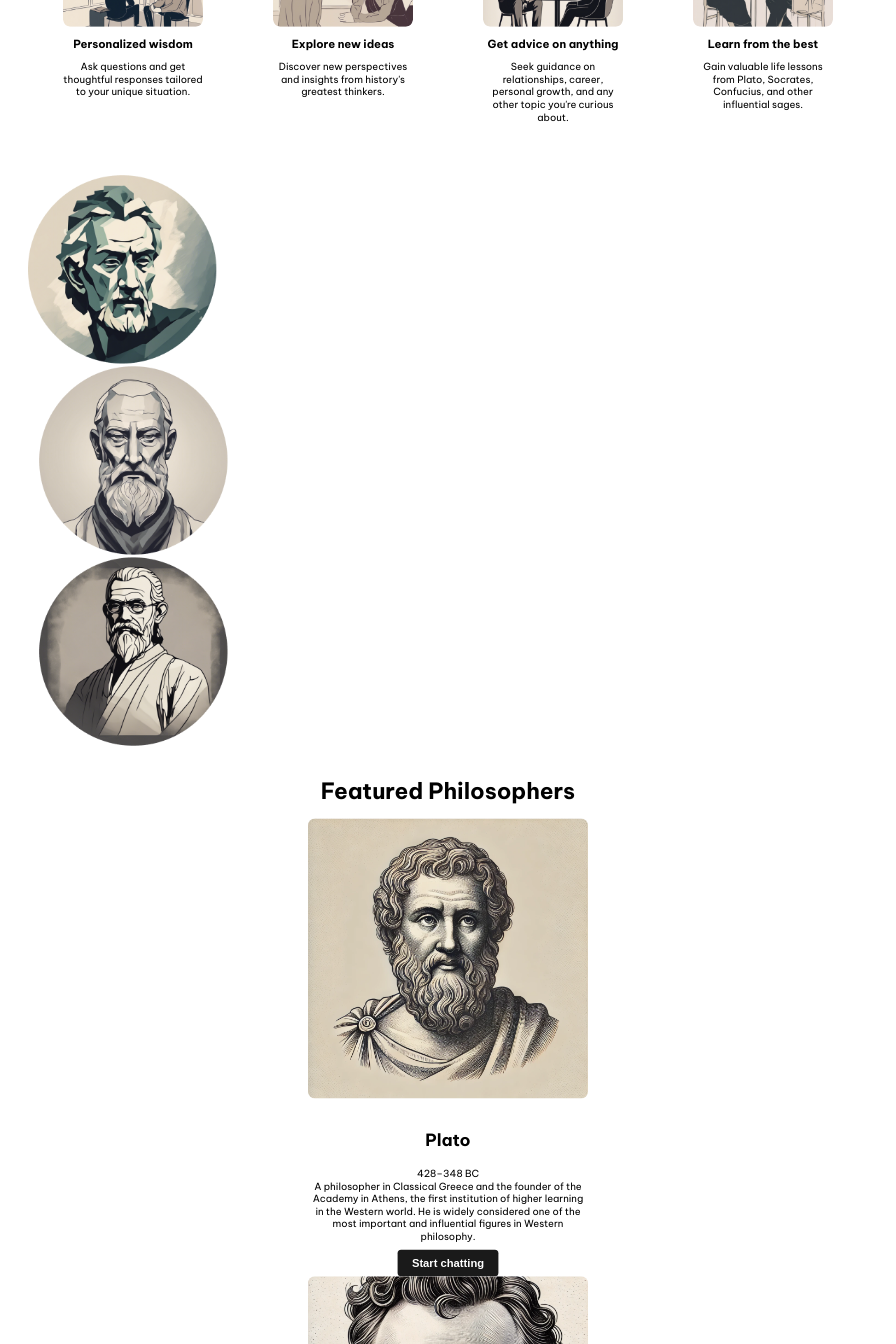
Repository: HSfac/EthosMindWeb
Page: /saintschat
These files come from the project's save history. The page is drawn as it stood at one moment and after the next save; the edit follows.
The browser window is 1280 px wide. The pictures show the part of the page from y = 586 to 2506 px (the page is 3741 px tall before and 2570 px after), at 70% of full size.
The project was rebuilt for these pictures with package versions that can differ from the ones it lists, and the page was loaded fresh each time. Also part of the build but not shown: src/pages/Home.jsx.

Above is the page before, as saved 2024-07-18 16:47:45.

### src/index.css
@import url('https://fonts.googleapis.com/css2?display=swap&family=Be+Vietnam+Pro:wght@400;500;700;900&family=Noto+Sans:wght@400;500;700;900');

body {
  font-family: "Be Vietnam Pro", "Noto Sans", sans-serif;
  margin: 0;
  padding: 0;
  box-sizing: border-box;
}

### src/App.jsx
import React from 'react';
import { BrowserRouter as Router, Route, Routes } from 'react-router-dom';
import Home from './pages/Home.jsx';
import SaintsChat from './pages/SaintsChat.jsx';
import Header from './components/Header.jsx';

function App() {
  return (
    <Router>
      <Header />
      <Routes>
        <Route path="/" element={<Home />} />
        <Route path="/saintschat" element={<SaintsChat />} />
      </Routes>
    </Router>
  );
}

export default App;

### src/pages/SaintsChat.jsx
import React from 'react';
import './SaintsChat.css';
import heroImage from '../assets/images/hero-image.png';
import philosopher1 from '../assets/images/philosopher1.png';
import philosopher2 from '../assets/images/philosopher2.png';
import philosopher3 from '../assets/images/philosopher3.png';
import philosopher4 from '../assets/images/philosopher4.png';
import philosopher5 from '../assets/images/philosopher5.png';
import philosopher6 from '../assets/images/philosopher6.png';
import philosopher7 from '../assets/images/philosopher7.png';
import plato from '../assets/images/plato.png';
import nietzsche from '../assets/images/nietzsche.png';
import schopenhauer from '../assets/images/schopenhauer.png';

function SaintsChat() {
  return (
    <main className="main">
      <section className="hero" style={{ backgroundImage: `url(${heroImage})` }}>
        <div className="hero-content">
          <h1 className="hero-title">Talk to Philosophers</h1>
          <p className="hero-subtitle">Unlock wisdom from history's greatest thinkers. Explore their ideas and get personalized advice on life, love, happiness, and more.</p>
          <button className="hero-button">Get started</button>
        </div>
      </section>
      <section className="how-it-works">
        <h2 className="section-title">How it works</h2>
        <div className="work-steps">
          <div className="work-step">
            <img src={philosopher1} alt="Personalized wisdom" className="work-step-image" />
            <p className="work-step-title">Personalized wisdom</p>
            <p className="work-step-description">Ask questions and get thoughtful responses tailored to your unique situation.</p>
          </div>
          <div className="work-step">
            <img src={philosopher2} alt="Explore new ideas" className="work-step-image" />
            <p className="work-step-title">Explore new ideas</p>
            <p className="work-step-description">Discover new perspectives and insights from history's greatest thinkers.</p>
          </div>
          <div className="work-step">
            <img src={philosopher3} alt="Get advice on anything" className="work-step-image" />
            <p className="work-step-title">Get advice on anything</p>
            <p className="work-step-description">Seek guidance on relationships, career, personal growth, and any other topic you're curious about.</p>
          </div>
          <div className="work-step">
            <img src={philosopher4} alt="Learn from the best" className="work-step-image" />
            <p className="work-step-title">Learn from the best</p>
            <p className="work-step-description">Gain valuable life lessons from Plato, Socrates, Confucius, and other influential sages.</p>
          </div>
        </div>
      </section>
      <section className="additional-philosophers">
        <div className="additional-philosopher-card">
          <img src={philosopher5} alt="Philosopher 5" className="additional-philosopher-image"/>
        </div>
        <div className="additional-philosopher-card">
          <img src={philosopher6} alt="Philosopher 6" className="additional-philosopher-image"/>
        </div>
        <div className="additional-philosopher-card">
          <img src={philosopher7} alt="Philosopher 7" className="additional-philosopher-image"/>
        </div>
      </section>
      <section className="featured-philosophers">
        <h2 className="section-title">Featured Philosophers</h2>
        <div className="featured-philosopher-list">
          <div className="featured-philosopher-card">
            <img src={plato} alt="Plato" className="featured-philosopher-image" />
            <div className="featured-philosopher-info">
              <h3 className="philosopher-name">Plato</h3>
              <p className="philosopher-description">428–348 BC<br />A philosopher in Classical Greece and the founder of the Academy in Athens, the first institution of higher learning in the Western world. He is widely considered one of the most important and influential figures in Western philosophy.</p>
              <button className="start-chatting-button">Start chatting</button>
            </div>
          </div>
          <div className="featured-philosopher-card">
            <img src={nietzsche} alt="Nietzsche" className="featured-philosopher-image" />
            <div className="featured-philosopher-info">
              <h3 className="philosopher-name">Friedrich Nietzsche</h3>
              <p className="philosopher-description">1844–1900<br />A German philosopher, cultural critic, composer, poet, writer, and philologist whose work has exerted a profound influence on modern intellectual history and Western philosophy.</p>
              <button className="start-chatting-button">Start chatting</button>
            </div>
          </div>
          <div className="featured-philosopher-card">
            <img src={schopenhauer} alt="Schopenhauer" className="featured-philosopher-image" />
            <div className="featured-philosopher-info">
              <h3 className="philosopher-name">Arthur Schopenhauer</h3>
              <p className="philosopher-description">1788–1860<br />A German philosopher best known for his work 'The World as Will and Representation,' in which he characterizes the phenomenal world as the product of a blind and insatiable metaphysical will.</p>
              <button className="start-chatting-button">Start chatting</button>
            </div>
          </div>
        </div>
      </section>
    </main>
  );
}

export default SaintsChat;

### src/components/Header.jsx
import React from 'react';
import { Link } from 'react-router-dom';
import './Header.css';

function Header() {
  return (
    <header className="header">
      <h1 className="header-title">SaintsChat</h1>
      <nav className="nav">
        <ul className="nav-list">
          <li className="nav-item"><Link to="/">Home</Link></li>
          <li className="nav-item"><Link to="/saintschat">SaintsChat</Link></li>
          <li className="nav-item"><Link to="/buddhachats">BuddhaChat</Link></li>
          <li className="nav-item"><Link to="/biblechats">BibleChat</Link></li>
        </ul>
      </nav>
    </header>
  );
}

export default Header;

### src/pages/Home.css
.main {
  padding: 20px 40px;
}

.hero {
  background: linear-gradient(rgba(0, 0, 0, 0.1) 0%, rgba(0, 0, 0, 0.4) 100%);
  color: white;
  text-align: center;
  padding: 60px 20px;
  border-radius: 10px;
  background-size: cover;
  background-repeat: no-repeat;
}

.hero-title {
  font-size: 40px;
  font-weight: 900;
}

.hero-subtitle {
  font-size: 18px;
  margin: 10px 0;
}

.hero-button {
  background-color: #1a1a1a;
  color: white;
  padding: 10px 20px;
  border: none;
  border-radius: 5px;
  cursor: pointer;
  font-size: 16px;
  font-weight: bold;
}

.dialogue-apps {
  margin: 40px 0;
}

.section-title {
  font-size: 32px;
  font-weight: bold;
}

.section-description {
  max-width: 720px;
  margin: 10px 0;
}

.app-grid {
  display: flex;
  gap: 20px;
}

.app-card {
  flex: 1;
  text-align: center;
}

.app-image {
  width: 100%;
  border-radius: 10px;
}

.app-name {
  margin-top: 10px;
  font-size: 16px;
  font-weight: 500;
}

.additional-images {
  display: flex;
  gap: 20px;
  margin: 40px 0;
}

.additional-image-card {
  flex: 1;
  text-align: center;
}

.additional-app-image {
  width: 100%;
  border-radius: 10px;
}

.cta-section {
  text-align: center;
  margin: 40px 0;
}

.cta-title {
  font-size: 32px;
  font-weight: bold;
}

.cta-description {
  margin: 10px 0;
}

.cta-button {
  background-color: #1a1a1a;
  color: white;
  padding: 10px 20px;
  border: none;
  border-radius: 5px;
  cursor: pointer;
  font-size: 16px;
  font-weight: bold;
}

### src/pages/SaintsChat.css
.main {
  padding: 20px 40px;
}

.hero {
  background: linear-gradient(rgba(0, 0, 0, 0.1) 0%, rgba(0, 0, 0, 0.4) 100%), center/cover no-repeat;
  color: white;
  text-align: center;
  padding: 60px 20px;
  border-radius: 10px;
}

.hero-title {
  font-size: 40px;
  font-weight: 900;
}

.hero-subtitle {
  font-size: 18px;
  margin: 10px 0;
}

.hero-button {
  background-color: #1a1a1a;
  color: white;
  padding: 10px 20px;
  border: none;
  border-radius: 5px;
  cursor: pointer;
  font-size: 16px;
  font-weight: bold;
}

.how-it-works {
  margin: 40px 0;
}

.section-title {
  font-size: 32px;
  font-weight: bold;
  text-align: center;
  margin-bottom: 20px;
}

.work-steps {
  display: flex;
  justify-content: space-around;
  flex-wrap: wrap;
}

.work-step {
  text-align: center;
  max-width: 200px;
  margin-bottom: 20px;
}

.work-step-image {
  width: 100%;
  border-radius: 10px;
}

.work-step-title {
  font-size: 16px;
  font-weight: bold;
  margin: 10px 0;
}

.work-step-description {
  font-size: 14px;
}

.featured-philosophers {
  margin: 40px 0;
  text-align: center;
}

.featured-philosopher-card {
  display: flex;
  flex-direction: column;
  align-items: center;
  text-align: center;
}

.featured-philosopher-image {
  width: 100%;
  max-width: 400px;
  border-radius: 10px;
  margin-bottom: 20px;
}

.featured-philosopher-info {
  max-width: 400px;
}

.philosopher-name {
  font-size: 24px;
  font-weight: bold;
}

.philosopher-description {
  font-size: 14px;
  margin: 10px 0;
}

.start-chatting-button {
  background-color: #1a1a1a;
  color: white;
  padding: 10px 20px;
  border: none;
  border-radius: 5px;
  cursor: pointer;
  font-size: 16px;
  font-weight: bold;
}

### src/components/Header.css
.header {
  display: flex;
  justify-content: space-between;
  align-items: center;
  padding: 10px 20px;
  border-bottom: 1px solid #ededed;
}

.header-title {
  font-size: 24px;
  font-weight: bold;
}

.nav {
  display: flex;
}

.nav-list {
  display: flex;
  list-style: none;
  margin: 0;
  padding: 0;
}

.nav-item {
  margin-left: 20px;
}

.nav-item a {
  text-decoration: none;
  color: #141414;
  font-weight: 500;
}

Loaded but not shown: public/index.html (common file); src/index.js (common file)

After the next save:
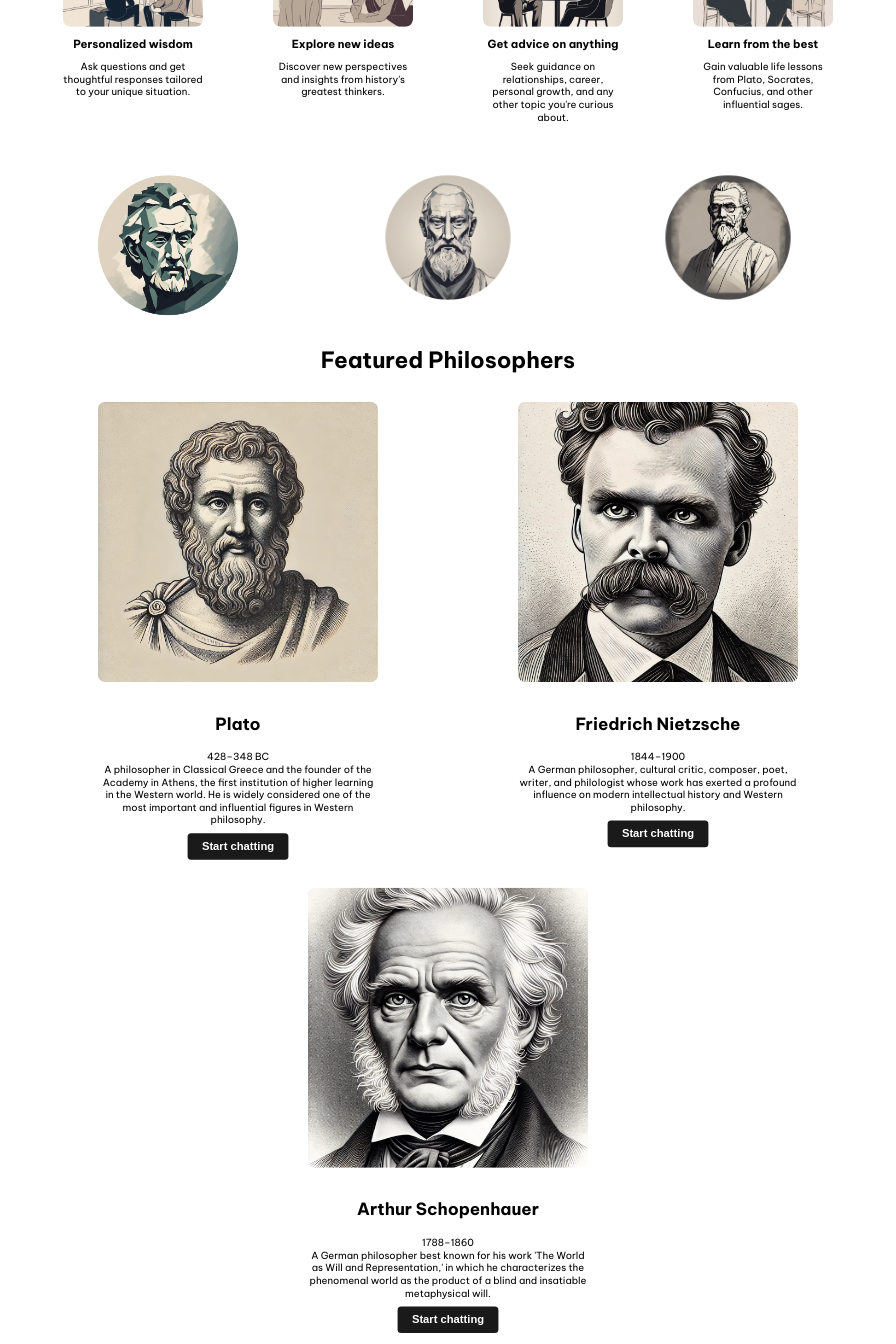
Saved 8 s later.
--- a/src/pages/SaintsChat.css
+++ b/src/pages/SaintsChat.css
@@ -69,9 +69,32 @@
   font-size: 14px;
 }
 
+.additional-philosophers {
+  display: flex;
+  justify-content: space-around;
+  margin: 40px 0;
+}
+
+.additional-philosopher-card {
+  flex: 1;
+  text-align: center;
+  max-width: 200px;
+}
+
+.additional-philosopher-image {
+  width: 100%;
+  border-radius: 10px;
+}
+
 .featured-philosophers {
   margin: 40px 0;
   text-align: center;
+}
+
+.featured-philosopher-list {
+  display: flex;
+  justify-content: space-around;
+  flex-wrap: wrap;
 }
 
 .featured-philosopher-card {
@@ -79,11 +102,12 @@
   flex-direction: column;
   align-items: center;
   text-align: center;
+  max-width: 400px;
+  margin: 20px;
 }
 
 .featured-philosopher-image {
   width: 100%;
-  max-width: 400px;
   border-radius: 10px;
   margin-bottom: 20px;
 }
